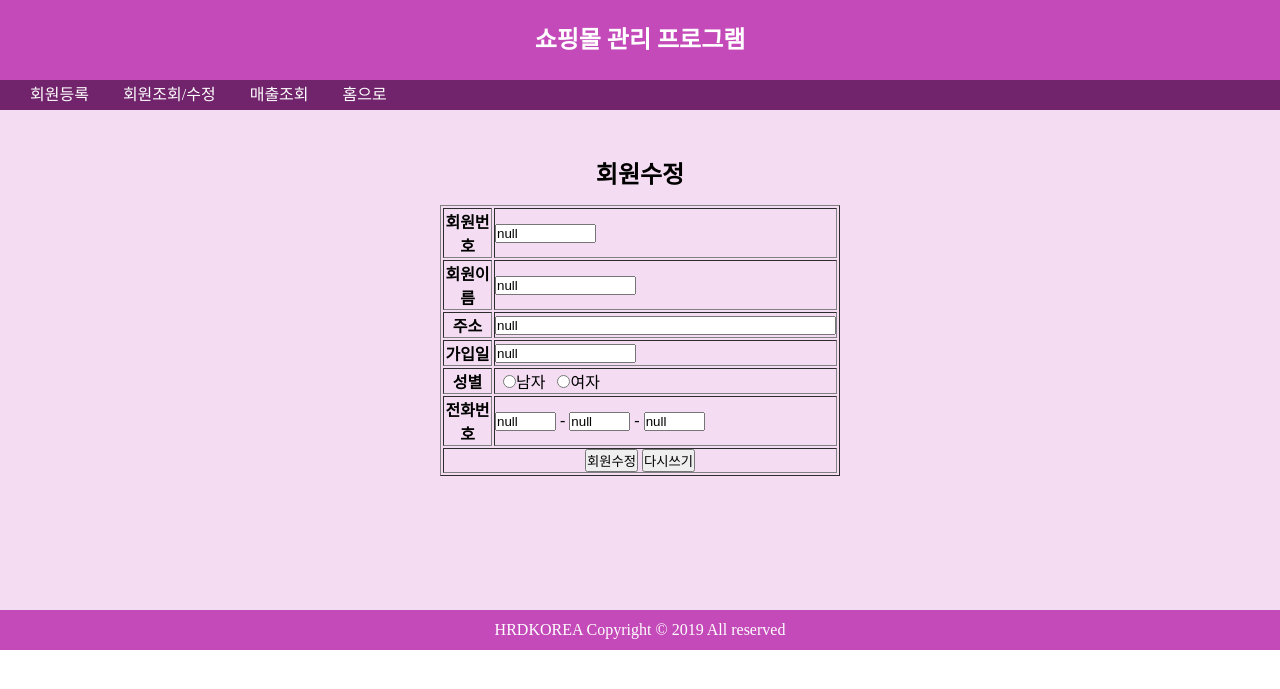
Repository: hyeoni2/-
Page: http://localhost/쇼핑몰관리/update.jsp
An editor plug-in stored every save of this project. The page is shown before and after the next save, followed by the edit.
The browser window is 1280 px wide. The pictures show the whole page.
After loading, the first visible `input[onclick="rewrite(); return false"]` was clicked once.
The page is served by Tomcat 9. Queries for data that is not in the repository find no rows.

Above is the page before, as saved 2021-04-13 03:45:26.

After the next save:
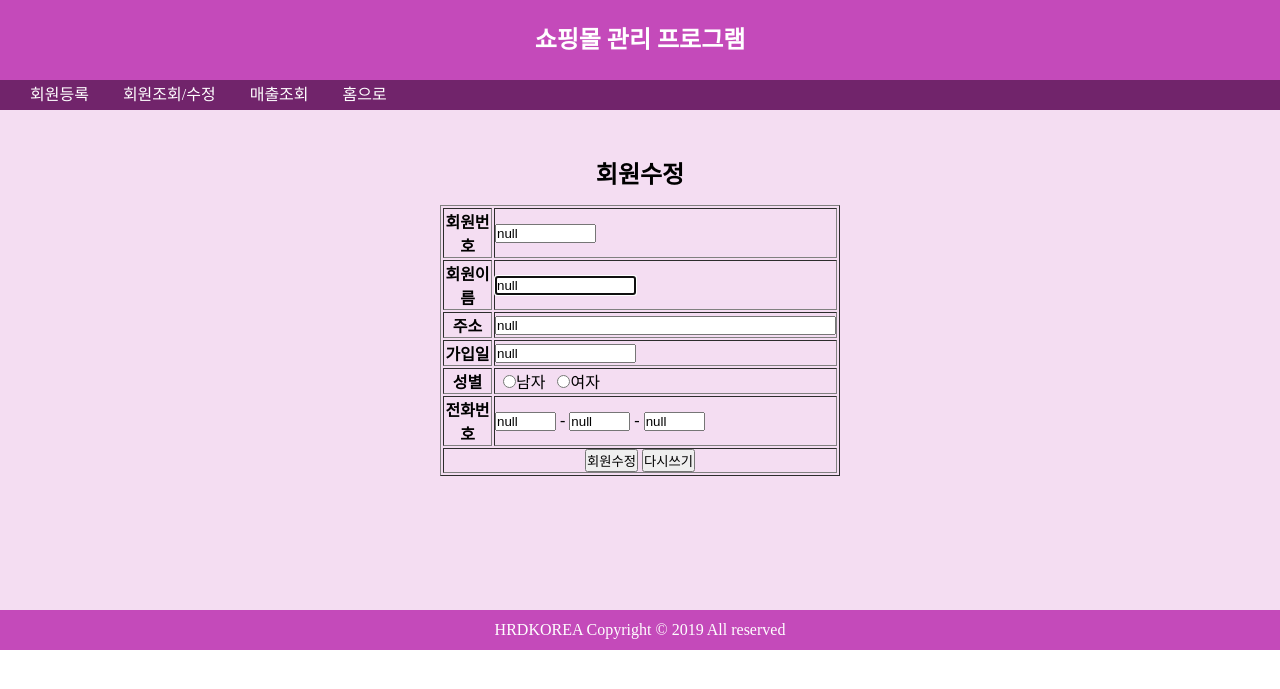
Saved 18 s later.
--- a/쇼핑몰관리/WebContent/update.jsp
+++ b/쇼핑몰관리/WebContent/update.jsp
@@ -64,7 +64,7 @@
 
 	function rewrite() {
 		f.reset();
-
+		f.name.focus();
 
 	}
 
